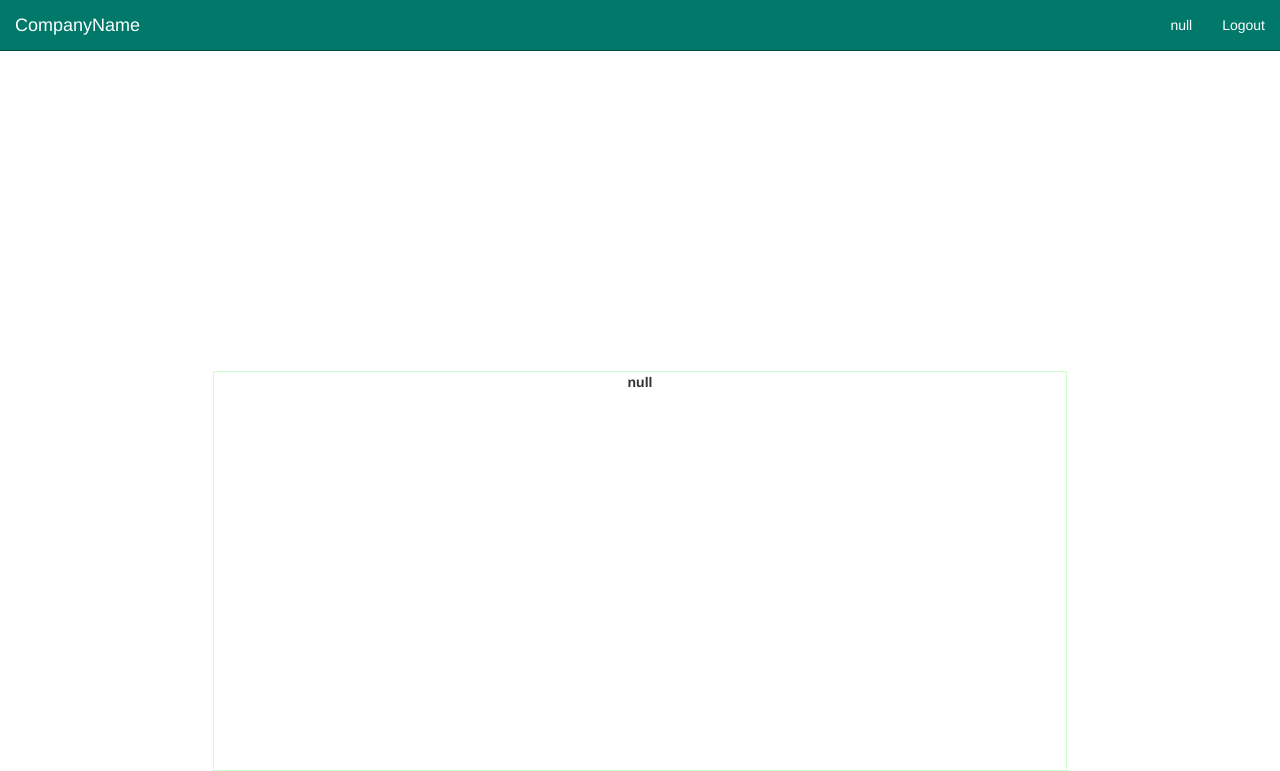
Repository: jayakumar721/projects
Page: http://localhost/TestEngine/result.jsp
These files come from the project's save history. The page is drawn as it stood at one moment and after the next save; the edit follows.
The browser window is 1280 px wide. The pictures show the whole page.
Some web libraries are served in a nearby version. The page is served by Tomcat 9. Other server files are loaded and not shown.

Above is the page before, as saved 2017-11-28 11:41:40.

### TestEngine/WebContent/result.jsp
<%@ page language="java" contentType="text/html; charset=UTF-8"
	pageEncoding="UTF-8"%>
<!DOCTYPE html PUBLIC "-//W3C//DTD HTML 4.01 Transitional//EN" "http://www.w3.org/TR/html4/loose.dtd">
<html>
<head>
<meta http-equiv="Content-Type" content="text/html; charset=UTF-8">
<title>Insert title here</title>
<style type="text/css">
.result{
text-align:center;
position:absolute;
margin-top:300px;
height:400px;
width:300px;
border:1px solid #ccffcc;
}

</style>

</head>
<body>
	<%@ include file="header.jsp"%>
	<div class="col-sm-2"></div>
	<div class="result col-sm-8">
		<label><%=session.getAttribute("marks") %></label>

	</div>
</body>
</html>

### TestEngine/WebContent/header.jsp
<%@ page language="java" contentType="text/html; charset=UTF-8"
	pageEncoding="UTF-8"%>
<!DOCTYPE html PUBLIC "-//W3C//DTD HTML 4.01 Transitional//EN" "http://www.w3.org/TR/html4/loose.dtd">
<html>
<head>
<meta charset="UTF-8">
<title>Insert title here</title>

<link rel="stylesheet"
	href="https://maxcdn.bootstrapcdn.com/bootstrap/3.3.7/css/bootstrap.min.css">

<!-- jQuery library -->
<script
	src="https://ajax.googleapis.com/ajax/libs/jquery/3.2.1/jquery.min.js"></script>
<script src="vendor/jquery-validation/dist/jquery.validate.min.js"></script>

<!-- Latest compiled JavaScript -->
<script
	src="https://maxcdn.bootstrapcdn.com/bootstrap/3.3.7/js/bootstrap.min.js"></script>
<style type="text/css">
.navbar-inverse {
	background: #00796B;
	border-bottom-color: #004D40;
}

.navbar-inverse .navbar-nav>li>a, .navbar-inverse .navbar-brand,
	.navbar-inverse .navbar-nav>.dropdown>a .caret {
	color: #fff;
}

.navbar-inverse .navbar-nav>.open>a, .navbar-inverse .navbar-nav>.open>a:hover,
	.navbar-inverse .navbar-nav>.open>a:focus, .navbar-nav>li>.dropdown-menu
	{
	background: #4DB6AC;
}

.nav-pills
>
li
>
a
,
{
color
:

#303F9F
;


}
.nav>li>a:hover, .nav>li>a:focus {
	background-color: #EEEEEE;
}
</style>

</head>
<body>
	<div id="top-nav" class="navbar navbar-inverse navbar-static-top">
		<div class="container-fluid">
			<div class="navbar-header">
				<button type="button" class="navbar-toggle" data-toggle="collapse"
					data-target=".navbar-collapse">
					<span class="icon-bar"></span> <span class="icon-bar"></span> <span
						class="icon-bar"></span>
				</button>
				<a class="navbar-brand" href="dashboard.jsp">CompanyName</a>
			</div>
			<div class="navbar-collapse collapse">
				<ul class="nav navbar-nav navbar-right">
					<li><i class="fa fa-user-circle"></i><a><%=session.getAttribute("name")%></a>

					</li>

					<li><a href="Login.html"><i class="fa fa-sign-out"></i>
							Logout</a></li>
				</ul>
			</div>
		</div>
		<!-- /container -->
	</div>

</body>
</html>

After the next save:
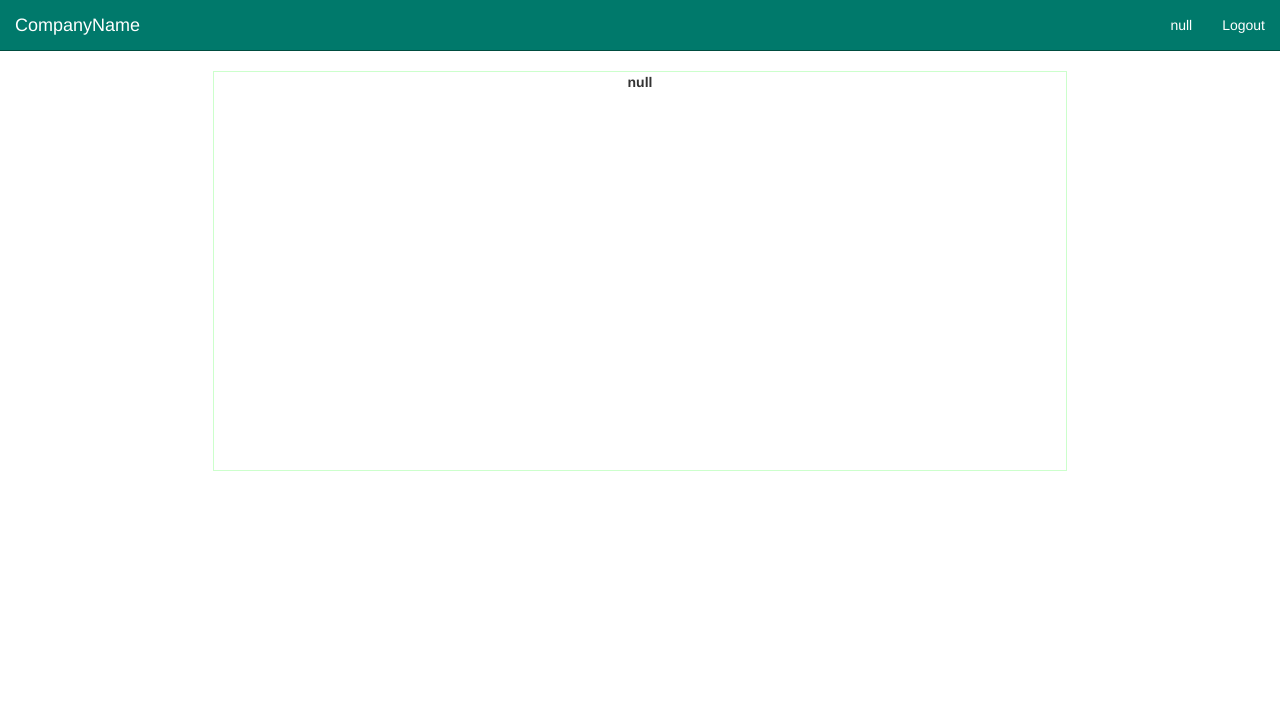
Saved 17 s later.
--- a/TestEngine/WebContent/result.jsp
+++ b/TestEngine/WebContent/result.jsp
@@ -8,8 +8,7 @@
 <style type="text/css">
 .result{
 text-align:center;
-position:absolute;
-margin-top:300px;
+
 height:400px;
 width:300px;
 border:1px solid #ccffcc;
